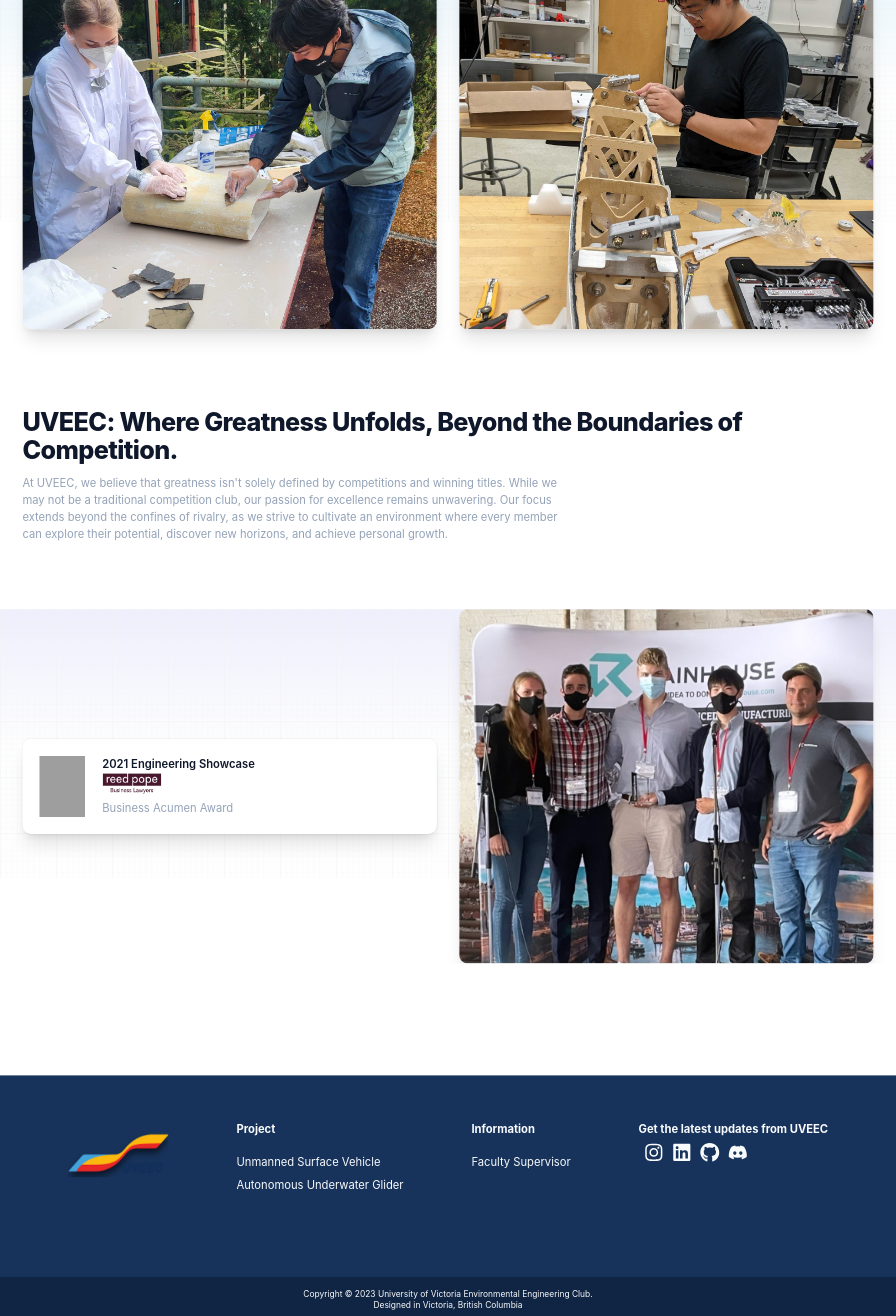
Repository: markaxelus/uveec-website
Page: /
These files come from the project's save history. The page is drawn as it stood at one moment and after the next save; the edit follows.
The browser window is 1280 px wide. The pictures show the part of the page from y = 1256 to 3176 px (the page is 3136 px tall before and 3176 px after), at 70% of full size.
Pictures or frames that could not be fetched are drawn as grey boxes. The project was rebuilt for these pictures with package versions that can differ from the ones it lists, and the page was loaded fresh each time. The framework's server and built-in components were replaced by stand-ins that run in the browser. Also part of the build but not shown: next.config.js, src/components/molecules/ProfileCard.tsx.

Above is the page before, as saved 2024-06-08 23:34:37.

After the next save:
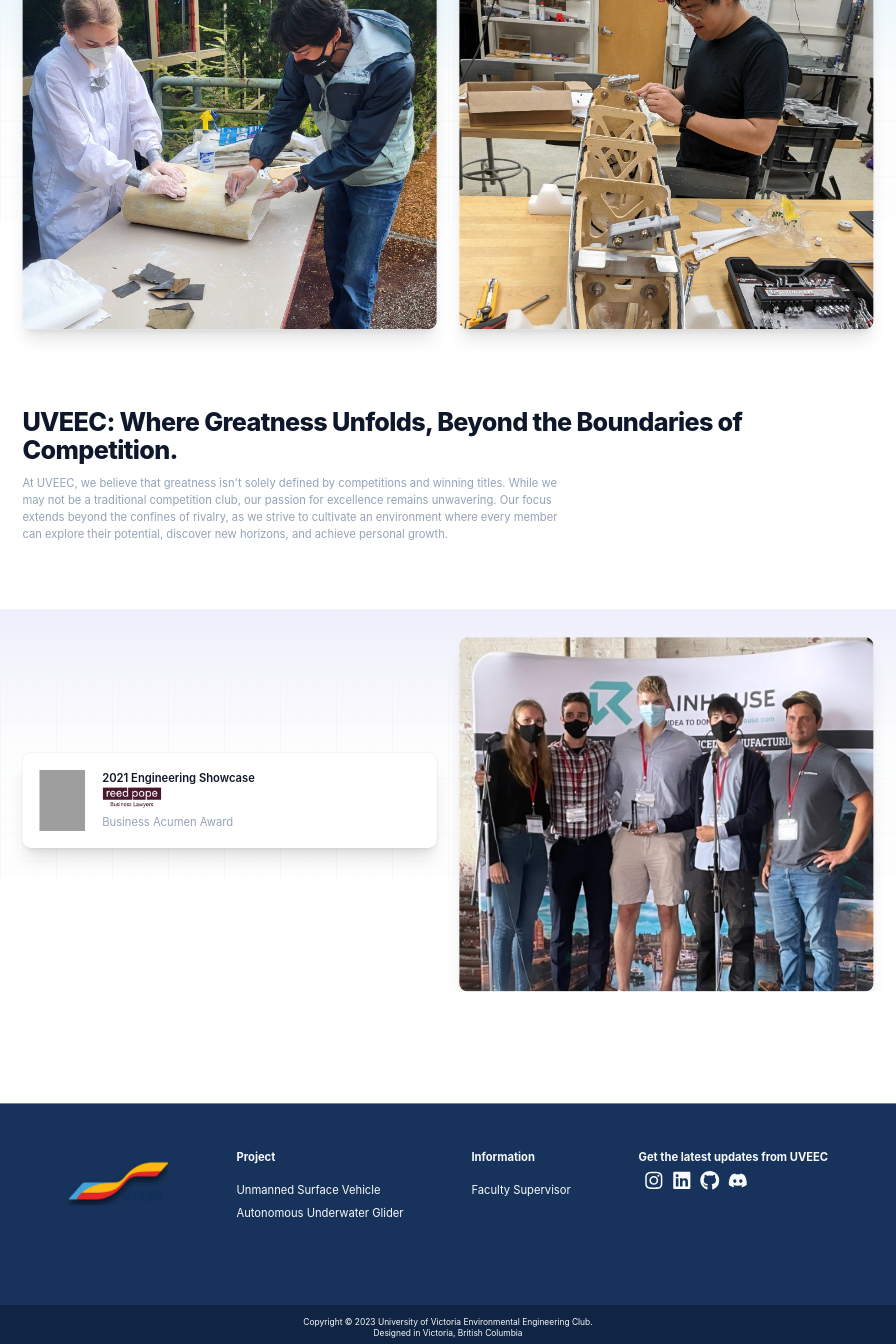
Saved 85 s later.
--- a/pages/index.tsx
+++ b/pages/index.tsx
@@ -239,7 +239,7 @@
                       </div>
                     </div>
                   </div>
-                  <div className="mt-4 -mx-4 sm:mx-0 lg:mt-0 lg:col-span-7 xl:col-span-6">
+                  <div className="mt-4 -mx-4 sm:mx-0 lg:mt-0 lg:col-span-7 xl:col-span-6 xl:mt-10">
                     <div className="relative overflow-hidden shadow-xl flex h-[31.625rem] max-h-[60vh] sm:max-h-[none] sm:rounded-xl lg:h-[34.6875rem] xl:h-[31.625rem]">
                       <Image
                         layout="fill"
